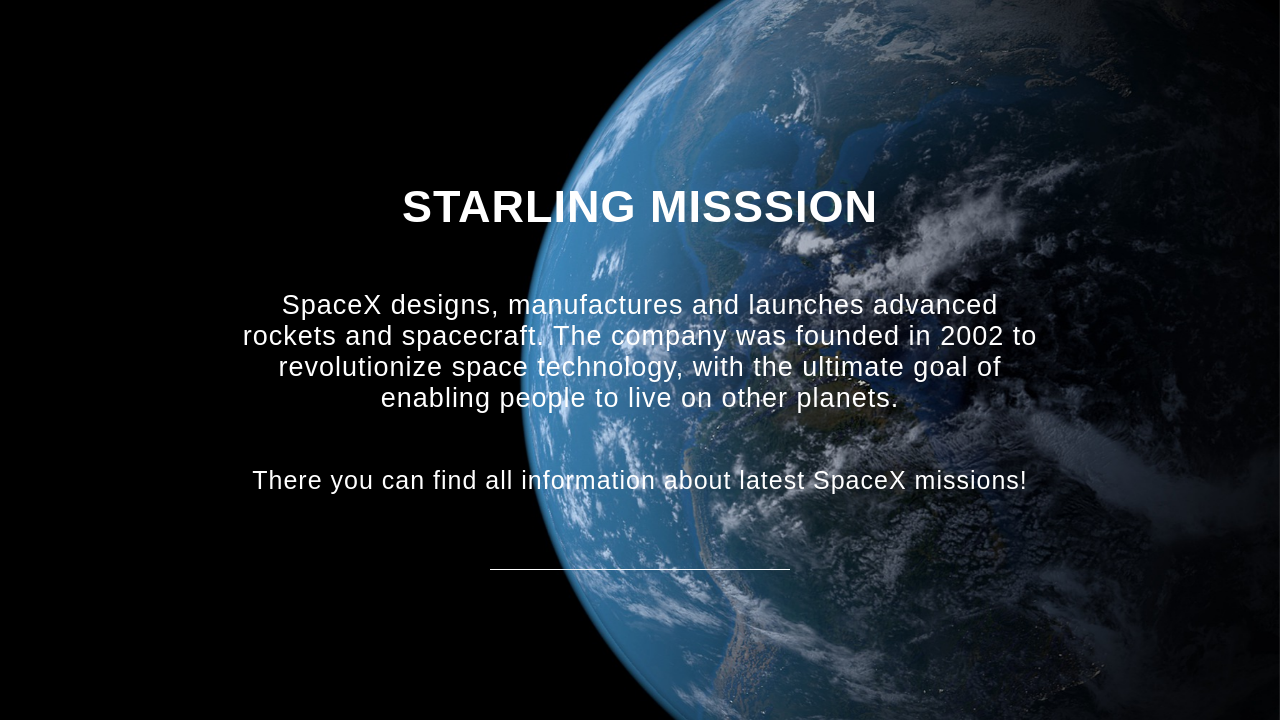
Repository: PJasiczek/vue-shop
Page: /#/
The author's editor kept a copy of each file at every save. The page is drawn from the files as they stood at one save, then again after the next save.
The browser window is 1280 px wide. The pictures show the whole page.
Some web fonts or font styles are not loaded; a fallback is used. The project was rebuilt for these pictures with package versions that can differ from the ones it lists, and the page was loaded fresh each time.

Above is the page before, as saved 2020-04-06 18:30:32.

After the next save:
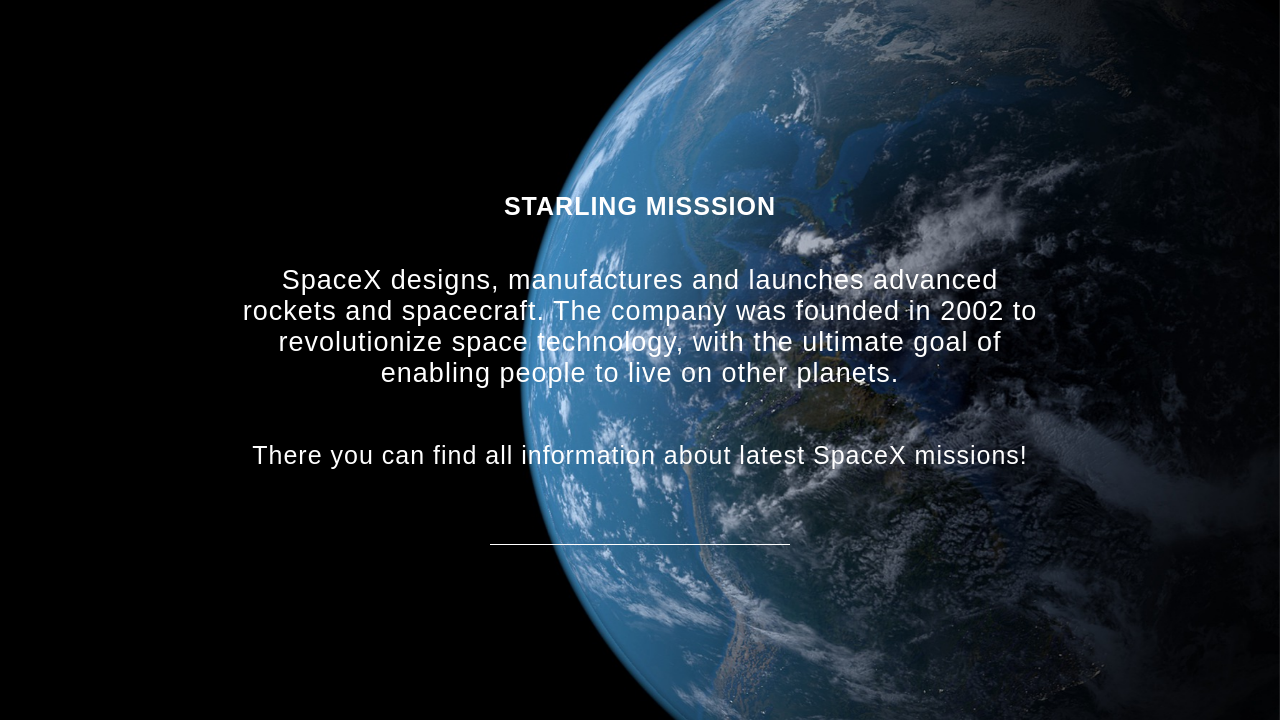
Saved 10 s later.
--- a/src/components/Claim.vue
+++ b/src/components/Claim.vue
@@ -29,7 +29,7 @@
         }
 
         @media (min-width: 1024px) {
-            width: 800px;
+            font-size: 25px;
             letter-spacing: 1px;
         }
     }
